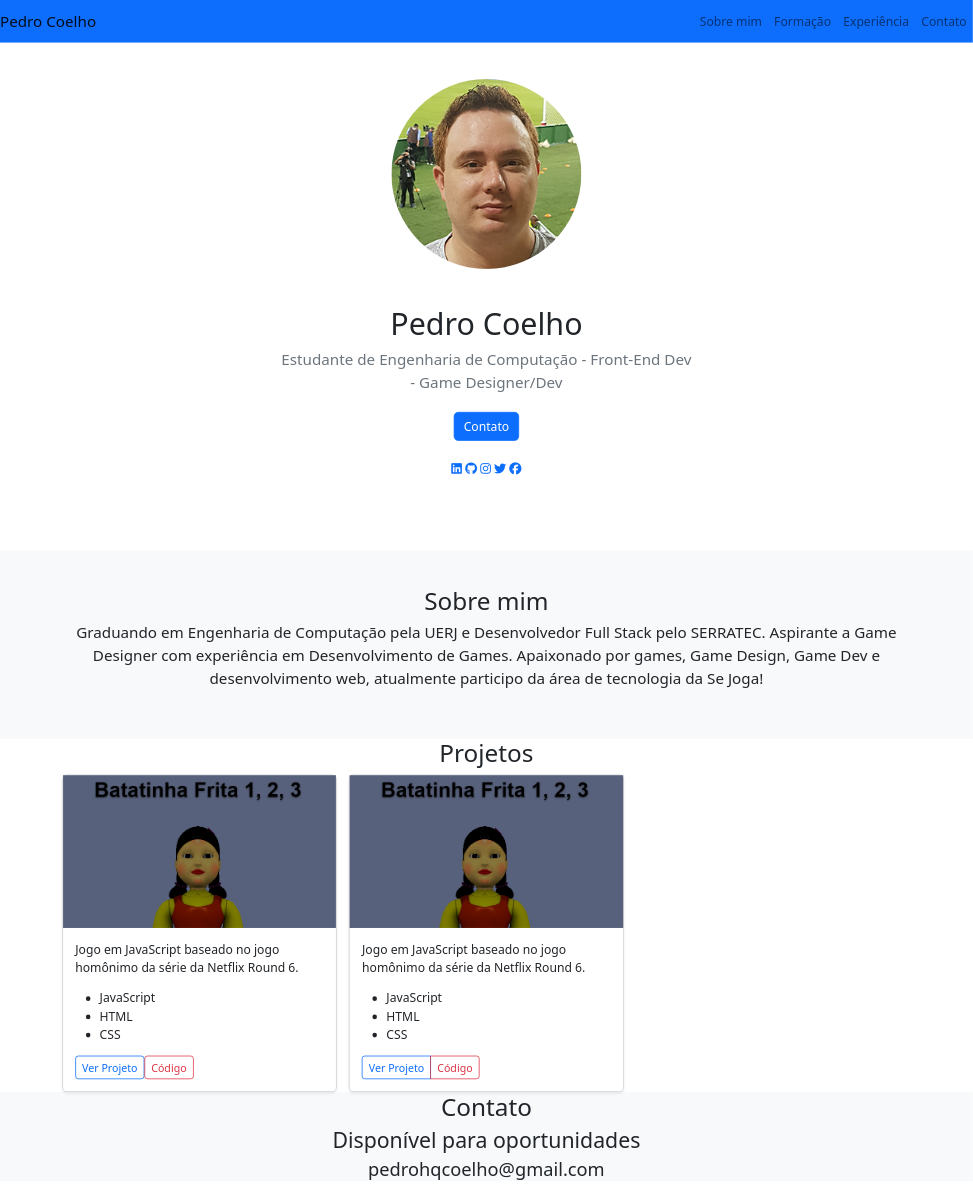
Repository: PedroHQCoelho/portfolio
Page: index.html
An editor plug-in stored every save of this project. The page is shown before and after the next save, followed by the edit.
The browser window is 1280 px wide. The pictures show the whole page, at 76% of full size.
Some web libraries are served in a nearby version.

Above is the page before, as saved 2022-05-26 18:35:38.

### index.html
<!DOCTYPE html>
<html lang="pt-BR">
<head>
    <meta charset="UTF-8">
    <meta http-equiv="X-UA-Compatible" content="IE=edge">
    <meta name="viewport" content="width=device-width, initial-scale=1.0">
    <title>Pedro Coelho - Portfólio</title>
    <link href="https://cdn.jsdelivr.net/npm/bootstrap@5.2.0-beta1/dist/css/bootstrap.min.css" rel="stylesheet" integrity="sha384-0evHe/X+R7YkIZDRvuzKMRqM+OrBnVFBL6DOitfPri4tjfHxaWutUpFmBp4vmVor" crossorigin="anonymous">
    <script src="https://cdn.jsdelivr.net/npm/bootstrap@5.2.0-beta1/dist/js/bootstrap.bundle.min.js" integrity="sha384-pprn3073KE6tl6bjs2QrFaJGz5/SUsLqktiwsUTF55Jfv3qYSDhgCecCxMW52nD2" crossorigin="anonymous"></script>
    <script src="https://cdn.jsdelivr.net/npm/@popperjs/core@2.11.5/dist/umd/popper.min.js" integrity="sha384-Xe+8cL9oJa6tN/veChSP7q+mnSPaj5Bcu9mPX5F5xIGE0DVittaqT5lorf0EI7Vk" crossorigin="anonymous"></script>
    <script src="https://cdn.jsdelivr.net/npm/bootstrap@5.2.0-beta1/dist/js/bootstrap.min.js" integrity="sha384-kjU+l4N0Yf4ZOJErLsIcvOU2qSb74wXpOhqTvwVx3OElZRweTnQ6d31fXEoRD1Jy" crossorigin="anonymous"></script>
    <script src="https://kit.fontawesome.com/65e0a77774.js" crossorigin="anonymous"></script>
    <link rel="stylesheet" href="style.css">
</head>
<body>
    <nav class="navbar navbar-expand-lg navbar-light bg-primary">
        <a class="navbar-brand" href="#">Pedro Coelho</a>
        <button class="navbar-toggler" type="button" data-toggle="collapse" data-target="#navbarSupportedContent" aria-controls="navbarSupportedContent" aria-expanded="false" aria-label="Toggle navigation">
          <span class="navbar-toggler-icon"></span>
        </button>

        <div class="collapse navbar-collapse" id="navbarSupportedContent">
          <ul class="navbar-nav me-auto">

          </ul>
          <ul class="navbar-nav">
            <li class="nav-item">
                <a class="nav-link" href="#">Sobre mim</a>
            </li>
            <li class="nav-item">
                <a class="nav-link" href="#">Formação</a>
            </li>
            <li class="nav-item">
                <a class="nav-link" href="#">Experiência</a>
            </li>
            <li class="nav-item">
                <a class="nav-link" href="#">Contato</a>
            </li>
          </ul>
        </div>
    </nav>

    <section class="py-5 text-center container">
        <img class="foto-perfil" src="img/foto-rosto.png" alt="foto perfil">
        <div class="row py-lg-5">
            <div class="col-lg-6 col-md-8 mx-auto">
            <h1 class="fw-light">Pedro Coelho</h1>
            <p class="lead text-muted">Estudante de Engenharia de Computação - Front-End Dev - Game Designer/Dev</p>
            <p>
              <a href="#" class="btn btn-primary my-2">Contato</a>
            </p>
            <a href="https://www.linkedin.com/in/pedrohqcoelho/" target="_blank" title="Linkedin - Pedro Coelho"><i class="fab fa-linkedin"></i></a>
            <a href="https://github.com/PedroHQCoelho" target="_blank" title="Github - PedroHQCoelho"><i class="fab fa-github"></i></a>
            <a href="https://www.instagram.com/pedro.hq.coelho/" target="_blank" title="Instagram - @pedro.hq.coelho"><i class="fab fa-instagram"></i></a>
            <a href="https://twitter.com/pedrohqcoelho" target="_blank" title="Twitter - @pedrohqcoelho"><i class="fab fa-twitter"></i></a>
            <a href="https://www.facebook.com/pedrohqcoelho" target="_blank" title="Facebook - Pedro Coelho"><i class="fab fa-facebook"></i></a>
          </div>
        </div>
    </section>

    <div class="album py-5 bg-light">

        <!--Sobre mim-->

        <section class="jumbotron text-center">
          <div class="container">
            <h2 class="jumbotron heading">Sobre mim</h2>
            <p class="lead">
              Graduando em Engenharia de Computação pela UERJ e Desenvolvedor Full Stack pelo SERRATEC.
              Aspirante a Game Designer com experiência em Desenvolvimento de Games.
              Apaixonado por games, Game Design, Game Dev e desenvolvimento web, atualmente participo da área de tecnologia da Se Joga!
            </p>
          </div>
        </section>
      </div>

        <!--Projetos-->

        <div class="container">
          <h2 class="jumbotron heading text-center">Projetos</h2>
          <div class="row row-cols-1 row-cols-sm-2 row-cols-md-3 g-3">
            <div class="col">
              <div class="card shadow-sm">
                <img src="img/batatinhafrita123.png" alt="">
                <div class="card-body">
                  <p class="card-text">Jogo em JavaScript baseado no jogo homônimo da série da Netflix Round 6.</p>
                  <ul>
                    <li>JavaScript</li>
                    <li>HTML</li>
                    <li>CSS</li>
                  </ul>
                  <div class="d-flex justify-content-between align-items-center">
                    <div class="btn-group">
                      <a href="https://batatinha-frita-1-2-3.netlify.app/" target="_blank" rel="noopener noreferrer">
                        <button type="button" class="btn btn-sm btn-outline-primary">Ver Projeto</button>
                      </a>
                      <a href="https://github.com/PedroHQCoelho/batatinha-frita-1-2-3" target="_blank" rel="noopener noreferrer">
                        <button type="button" class="btn btn-sm btn-outline-danger">Código</button>
                      </a>
                    </div>
                  </div>
                </div>
              </div>
            </div>
            <div class="col">
              <div class="card shadow-sm">
                <img src="img/batatinhafrita123.png" alt="">
                <div class="card-body">
                  <p class="card-text">Jogo em JavaScript baseado no jogo homônimo da série da Netflix Round 6.</p>
                  <ul>
                    <li>JavaScript</li>
                    <li>HTML</li>
                    <li>CSS</li>
                  </ul>
                  <div class="d-flex justify-content-between align-items-center">
                    <div class="btn-group">
                      <button type="button" class="btn btn-sm btn-outline-primary">Ver Projeto</button>
                      <button type="button" class="btn btn-sm btn-outline-danger">Código</button>
                    </div>
                  </div>
                </div>
              </div>
            </div>
          </div>
        </div>

        <!--Contato-->
        <section>
          <div class="container-fluid bg-light">
            <h2 class="jumbotron heading text-center">Contato</h2>
            <h3 class="text-center">Disponível para oportunidades</h3>
            <h4 class="text-center">pedrohqcoelho@gmail.com</h4>
          </div>
        </section>
</body>
</html>

### style.css
.foto-perfil {
    height: 100%;
    width: auto;
    max-width: 100%;
    border-radius: 50%;
}

After the next save:
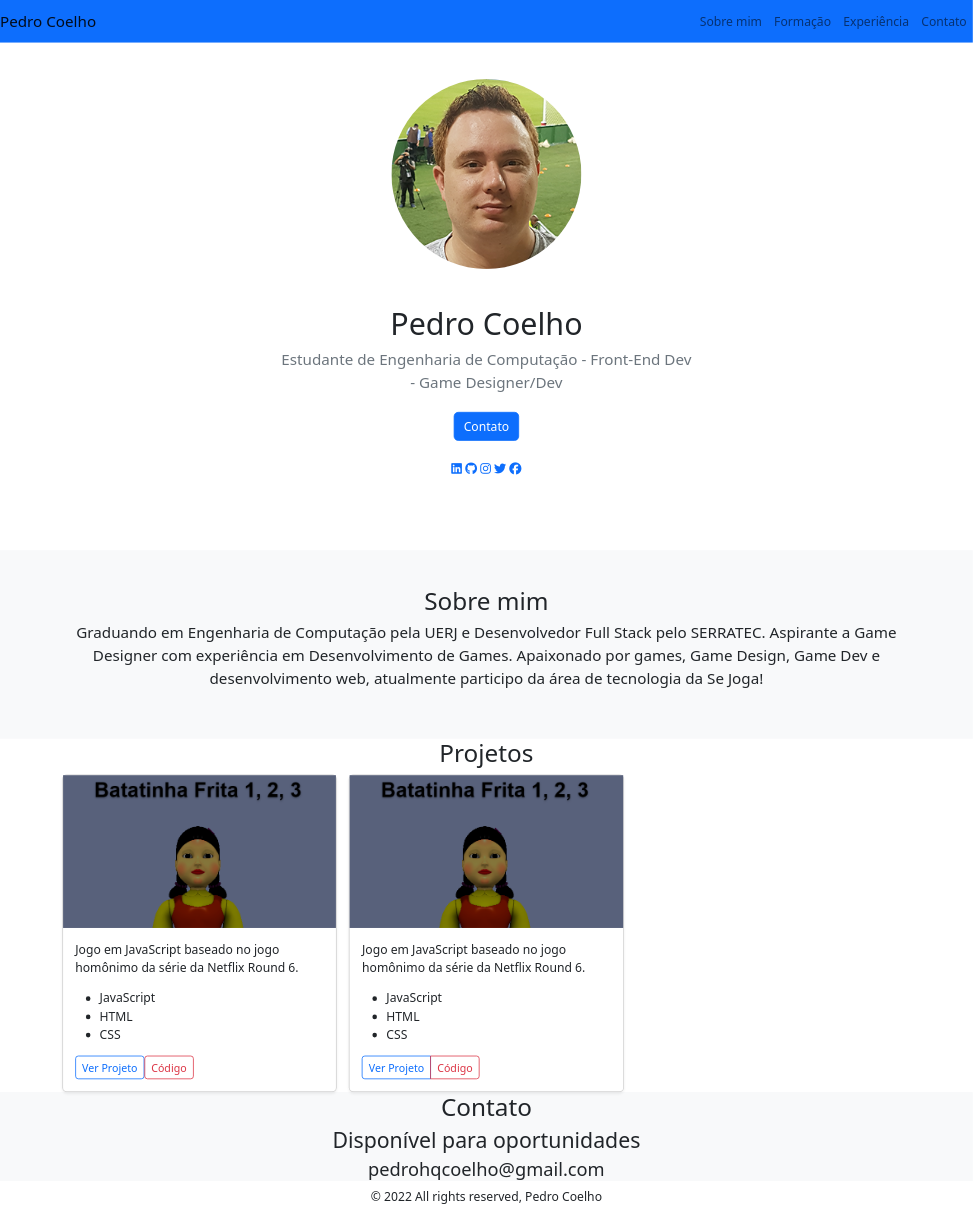
Saved 93 s later.
--- a/index.html
+++ b/index.html
@@ -132,5 +132,10 @@
             <h4 class="text-center">pedrohqcoelho@gmail.com</h4>
           </div>
         </section>
+
+        <!--Footer-->
+        <footer class="text-center">
+          <p>© 2022 All rights reserved, Pedro Coelho</p>
+        </footer>
 </body>
 </html>
